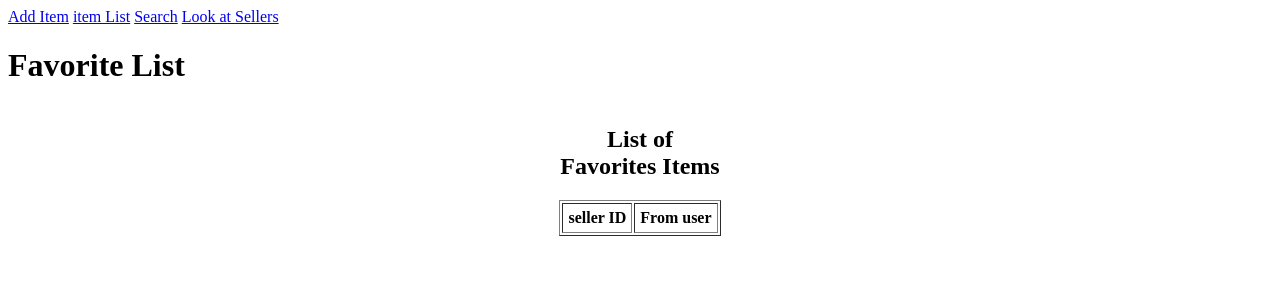
Repository: HamdanM/DatabaseProject
Page: http://localhost/DB3/favUser.jsp
The author's editor kept a copy of each file at every save. The page is drawn from the files as they stood at one save, then again after the next save.
The browser window is 1280 px wide. The pictures show the whole page.
The page is served by Tomcat 9. The template is opened directly, without the code that normally fills it, so the values that code supplies are empty.

Above is the page before, as saved 2019-07-25 03:49:05.

After the next save:
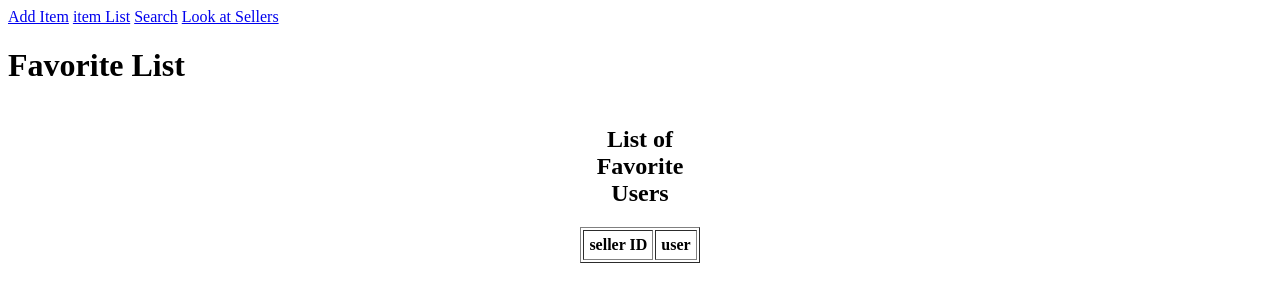
Saved 19 s later.
--- a/DB3/WebContent/favUser.jsp
+++ b/DB3/WebContent/favUser.jsp
@@ -18,10 +18,10 @@
 
       <div align="center">
         <table border="1" cellpadding="5">
-            <caption><h2>List of Favorites Items</h2></caption>
+            <caption><h2>List of Favorite Users</h2></caption>
             <tr>
               <th>seller ID</th>
-                <th>From user </th>
+                <th> user </th>
 
 
             </tr>
